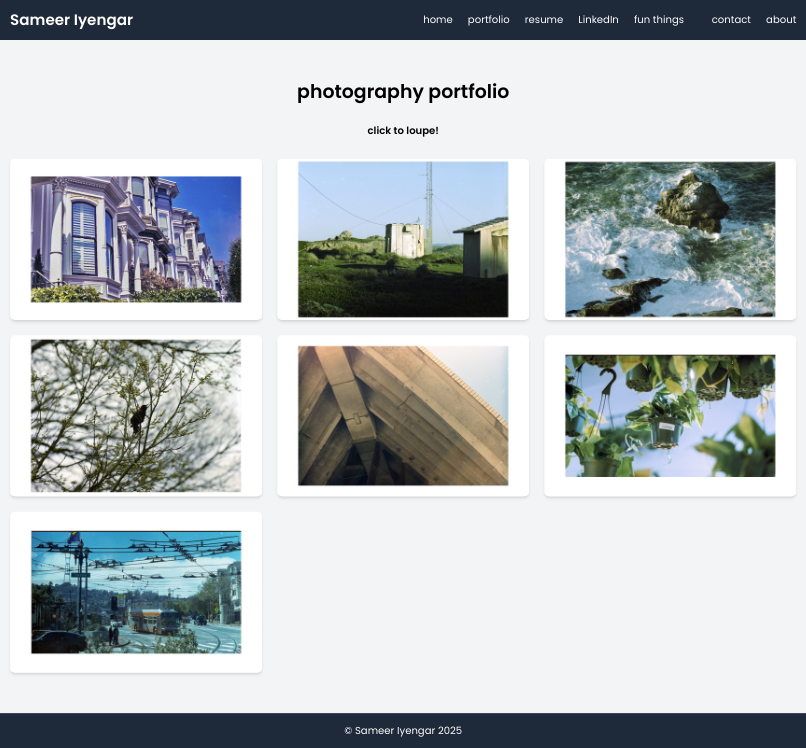
Repository: siyengar04/siyengar04.github.io
Page: portfolio.html
These files come from the project's save history. The page is drawn as it stood at one moment and after the next save; the edit follows.
The browser window is 1280 px wide. The pictures show the whole page, at 63% of full size.

Above is the page before, as saved 2025-07-05 16:55:58.

After the next save:
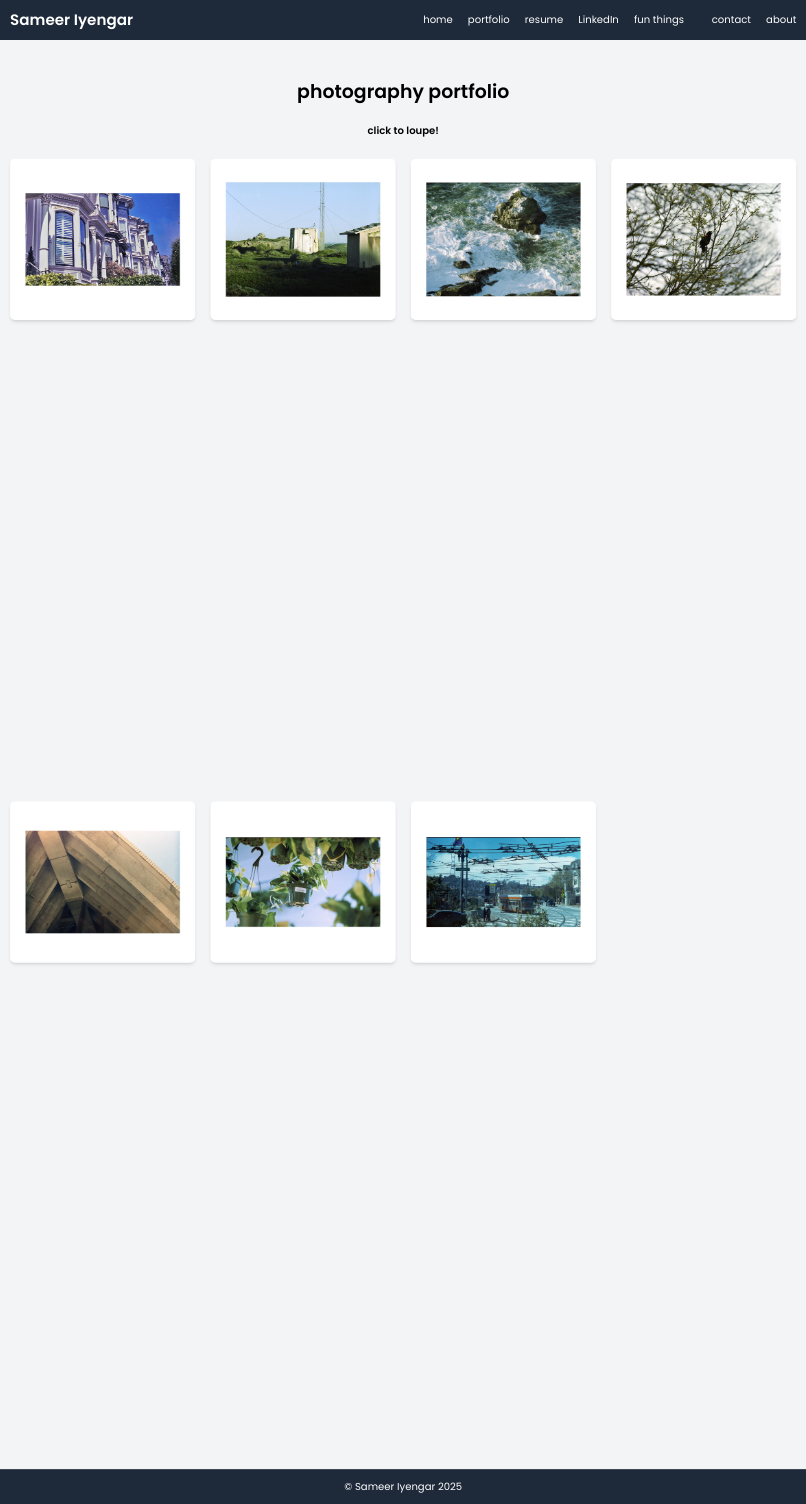
Saved 35 s later.
--- a/portfolio.html
+++ b/portfolio.html
@@ -13,6 +13,14 @@
     <script src="https://cdn.jsdelivr.net/npm/@tailwindcss/browser@4"></script>
     <link href="https://fonts.googleapis.com/css2?family=Poppins:wght@300;400;600&display=swap" rel="stylesheet">
     <style>
+        .grid {
+        display: grid;
+        grid-template-columns: repeat(auto-fill, minmax(250px, 1fr));
+        grid-auto-rows: 10px; /* Control row height */
+        }
+        .gallery-item {
+        grid-row-end: span 30; /* Adjust per image aspect ratio */
+        }
         body {
             font-family: 'Poppins', sans-serif;
         }
